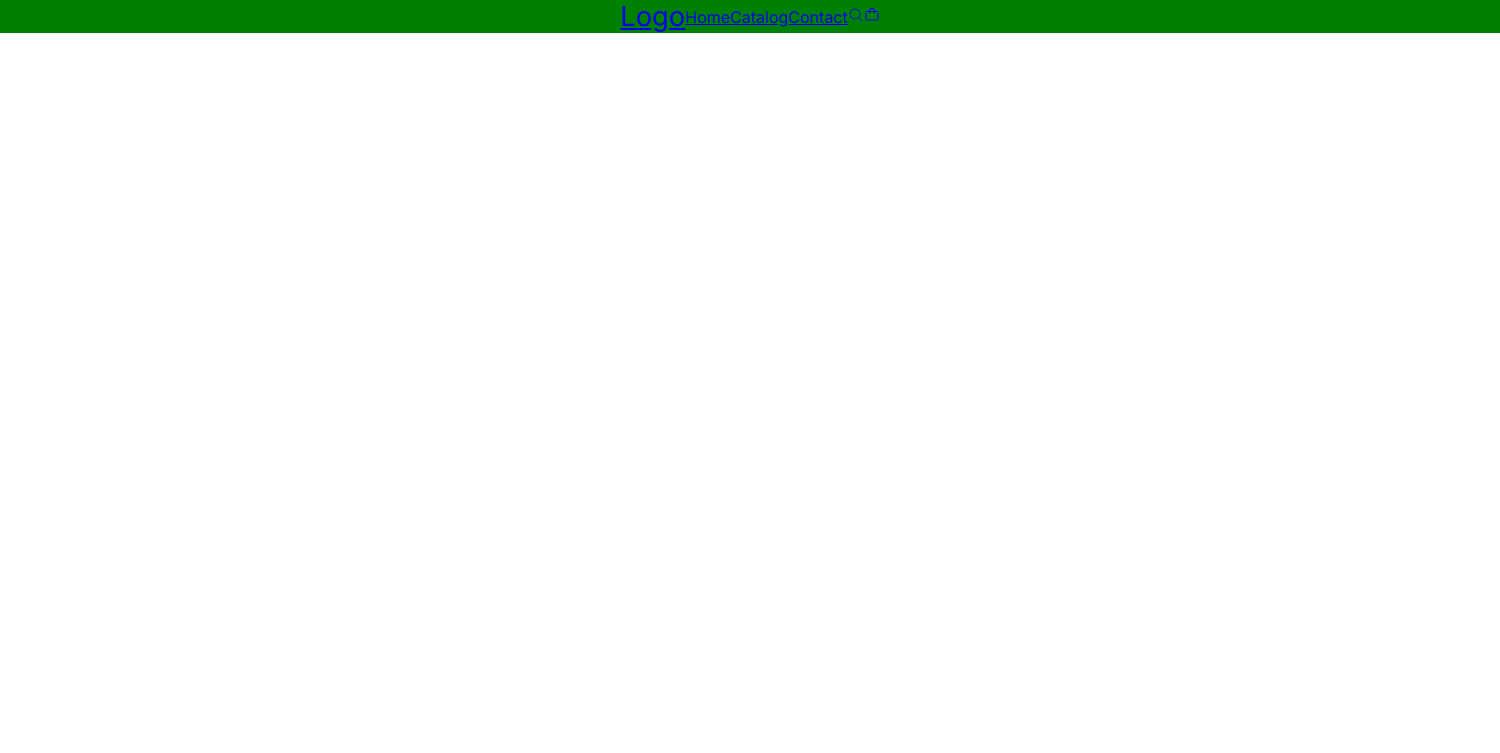
Repository: David-Waite/ecommercefrontendTemplate
Page: /
These files come from the project's save history. The page is drawn as it stood at one moment and after the next save; the edit follows.
The browser window is 1280 px wide. The page is 1500 px wide, so the pictures cover 1500 px, including what lies to the right of the window. The pictures show the whole page.
The project was rebuilt for these pictures with package versions that can differ from the ones it lists, and the page was loaded fresh each time. The framework's server and built-in components were replaced by stand-ins that run in the browser. Also part of the build but not shown: next.config.js.

Above is the page before, as saved 2023-08-24 17:20:45.

After the next save:
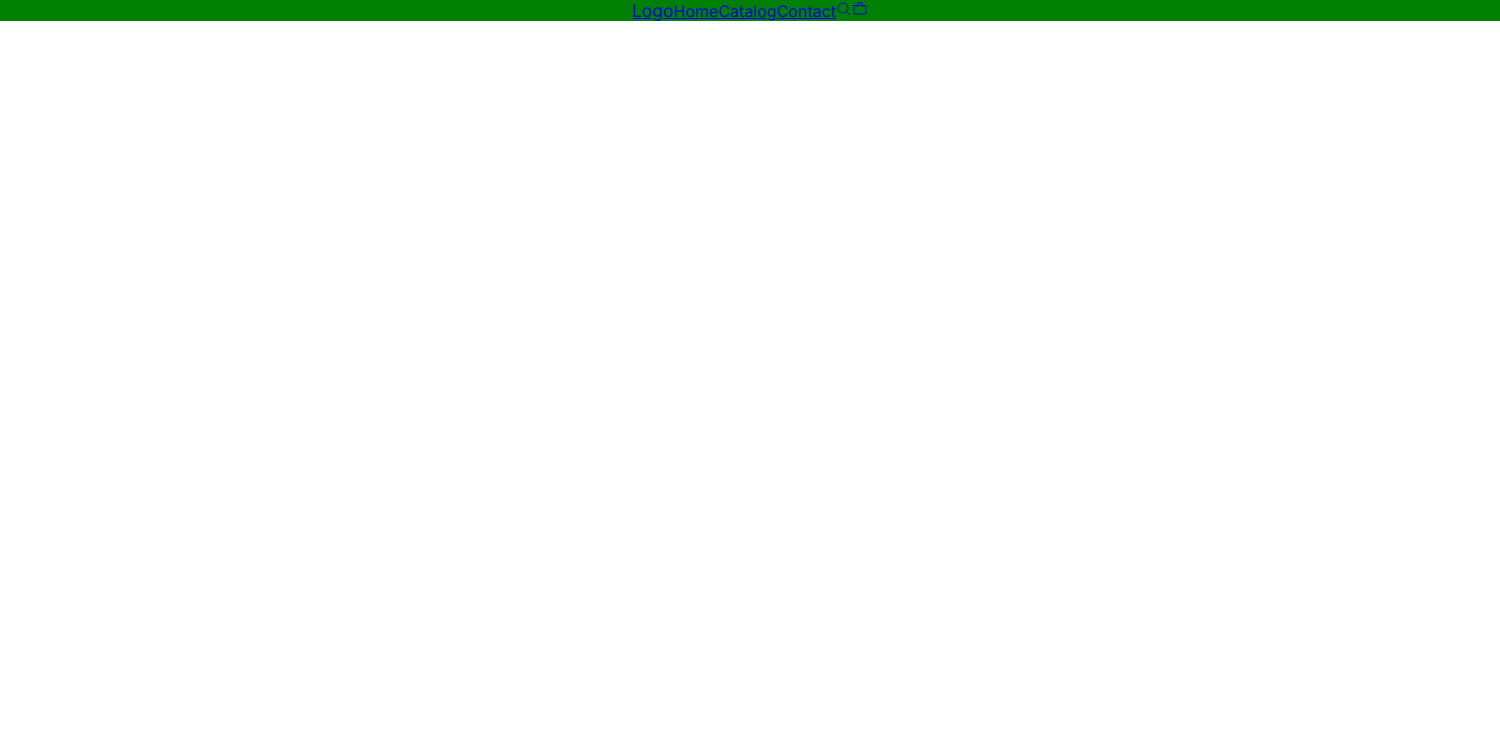
Saved 14 s later.
--- a/app/Components/Nav/Nav.module.css
+++ b/app/Components/Nav/Nav.module.css
@@ -14,5 +14,5 @@
 }
 
 .logo {
-  font-size: 27.34px;
+  font-size: var(--fontBase);
 }
